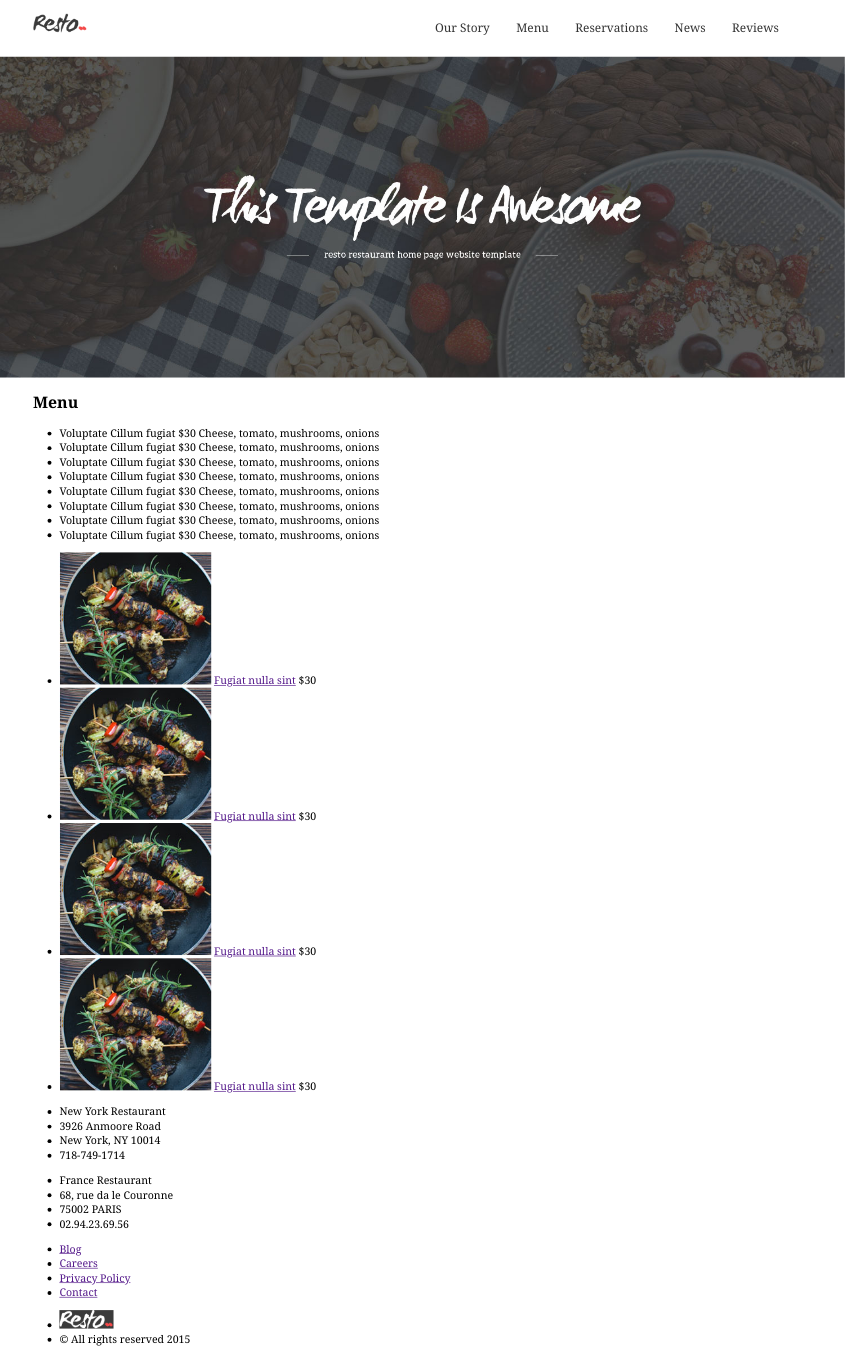
Repository: Piterwk1/psd-to-wordpress
Page: index.html
An editor plug-in stored every save of this project. The page is shown before and after the next save, followed by the edit.
The browser window is 1280 px wide. The page is 1280 px wide, then 1300 px, so the pictures cover 1300 px, including what lies to the right of the window. The pictures show the whole page, at 66% of full size.

Above is the page before, as saved 2021-09-21 05:51:46.

After the next save:
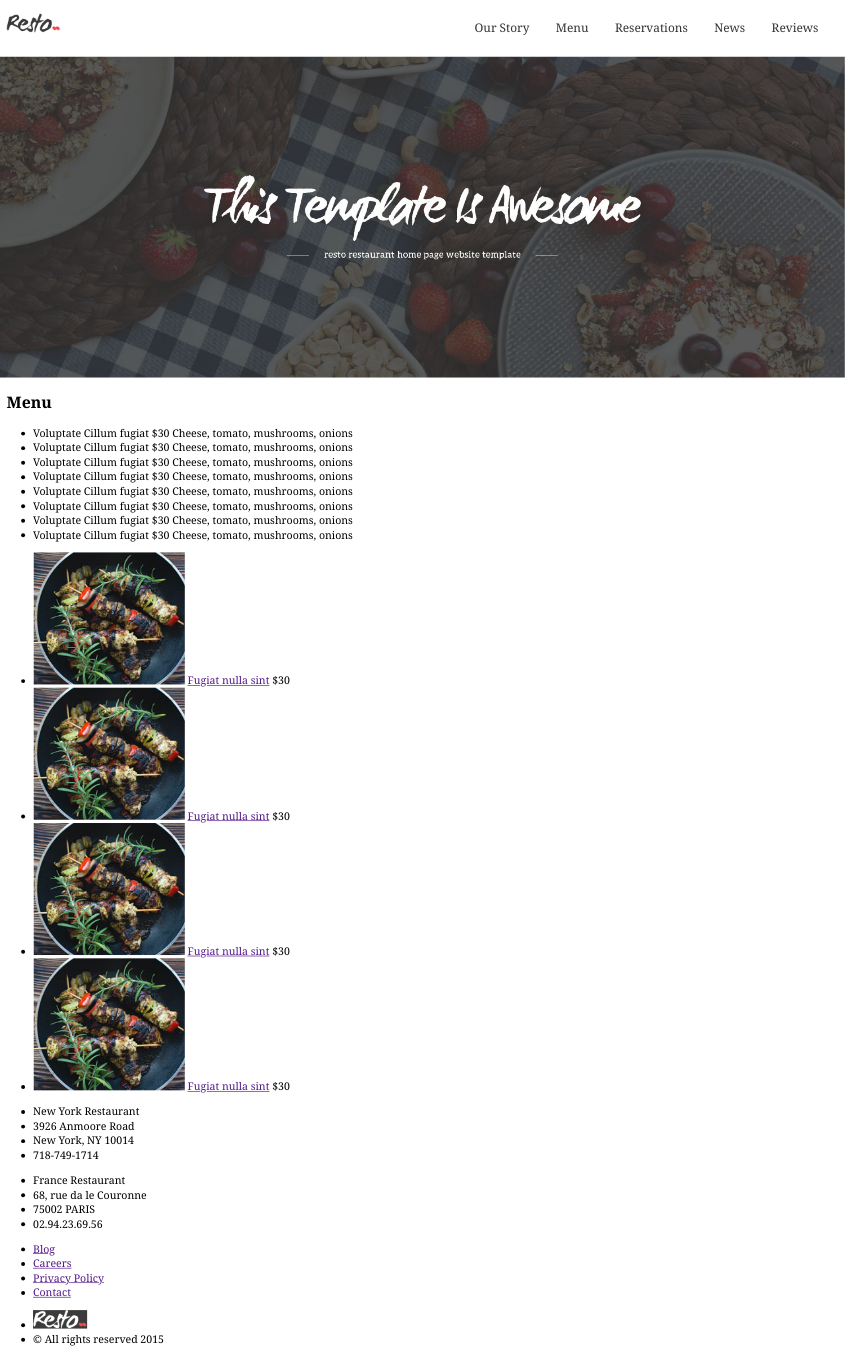
Saved 42 h 48 min later.
--- a/style.css
+++ b/style.css
@@ -5,7 +5,8 @@ body {
 
 .wrapper {
     width: 100%;
-    max-width: 1180px;
+    max-width: 9600px;
+    /* max-width: 1180px; */
     padding: 0 10px;
     margin:  0 auto;
 }
